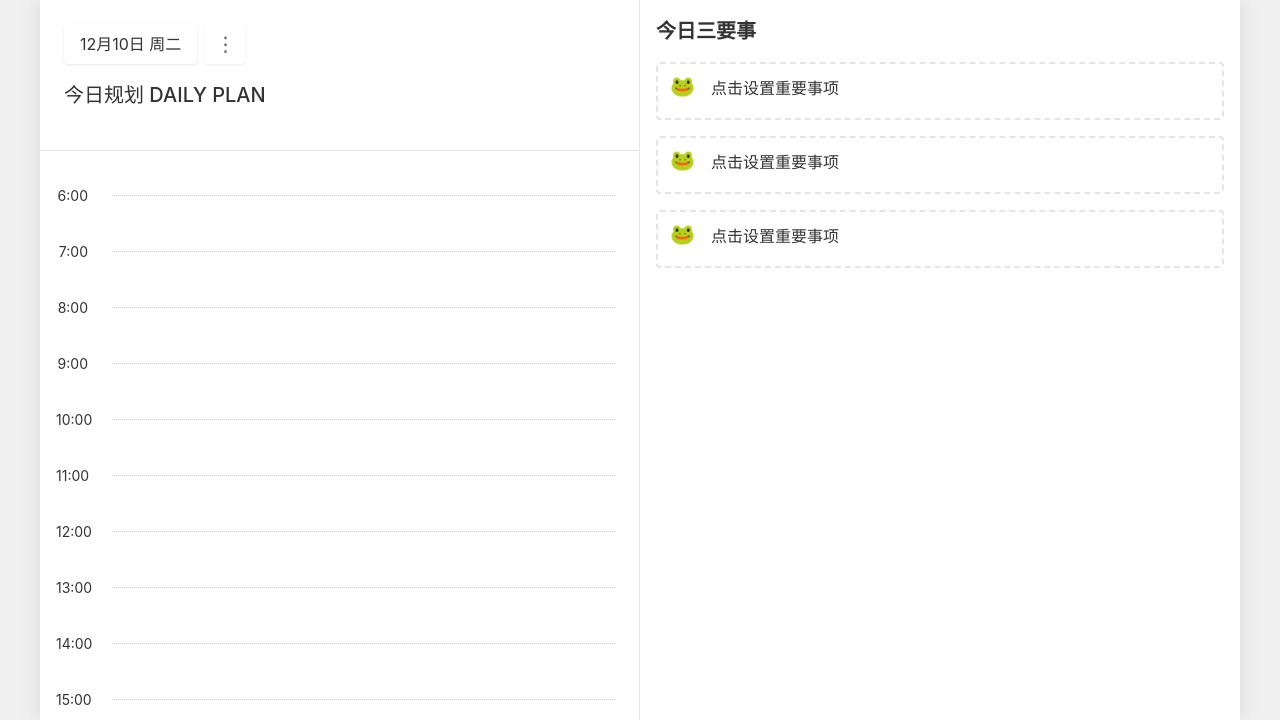
Repository: a6288a/Daily-Planner
Page: index.html
The author's editor kept a copy of each file at every save. The page is drawn from the files as they stood at one save, then again after the next save.
The browser window is 1280 px wide. The pictures show the whole page.
An inner scrolling area shows only its first screen.

Above is the page before, as saved 2024-12-10 18:31:56.

### index.html
<!DOCTYPE html>
<html lang="zh">
<head>
    <meta charset="UTF-8">
    <meta name="viewport" content="width=device-width, initial-scale=1.0">
    <title>每日规划笔记本</title>
    <link rel="stylesheet" href="styles.css">
</head>
<body>
    <div class="container">
        <!-- 左侧时间轴区域 -->
        <div class="timeline-area">
            <!-- 顶部日期区域 -->
            <div class="date-header">
                <div class="header-controls">
                    <div class="current-date" id="current-date">
                        <!-- 日期将通过 JS 动态生成 -->
                    </div>
                    <button class="menu-trigger" id="menuTrigger">⋮</button>
                    <div class="header-menu" id="headerMenu">
                        <div class="menu-item danger" id="clearAllData">
                            <span class="menu-icon">🗑️</span>
                            <span>清除所有数据</span>
                        </div>
                    </div>
                </div>
                <h1 class="page-title">今日规划 DAILY PLAN</h1>
            </div>
            <div class="timeline-container" id="timeline-container">
                <!-- 时间轴将通过 JS 动态生成 -->
            </div>
        </div>

        <!-- 右侧区域 -->
        <div class="right-area">
            <!-- 三只青蛙区域 -->
            <div class="frogs-area">
                <h2 class="frogs-title">今日三要事</h2>
                <div class="frog-tasks">
                    <div class="frog-task">
                        <span class="frog-emoji">🐸</span>
                        <div class="task-content" data-index="0">点击设置重要事项</div>
                        <button class="task-clear" title="清除">×</button>
                    </div>
                    <div class="frog-task">
                        <span class="frog-emoji">🐸</span>
                        <div class="task-content" data-index="1">点击设置重要事项</div>
                        <button class="task-clear" title="清除">×</button>
                    </div>
                    <div class="frog-task">
                        <span class="frog-emoji">🐸</span>
                        <div class="task-content" data-index="2">点击设置重要事项</div>
                        <button class="task-clear" title="清除">×</button>
                    </div>
                </div>
            </div>

            <!-- 自由记录区域 -->
            <div class="free-area" id="free-area">
                <!-- 便签将通过 JS 动态生成 -->
            </div>
        </div>
    </div>
    <script src="script.js"></script>
</body>
</html>

### script.js
// 添加日期相关变量
let currentDate = new Date();
let currentDateKey = formatDateKey(currentDate);

// 修改数据结构
let dailyData = JSON.parse(localStorage.getItem('dailyData')) || {};
if (!dailyData[currentDateKey]) {
    dailyData[currentDateKey] = {
        timelineData: {},
        freeNotes: [],
        frogTasks: [null, null, null]
    };
}

// 初始化页面
document.addEventListener('DOMContentLoaded', () => {
    initializeDate();
    initializeTimeline();
    initializeFrogTasks();
    initializeFreeArea();
    loadDailyData();
    initializeHeaderMenu();

    // 添加清除数据功能
    document.getElementById('clearAllData').addEventListener('click', clearAllData);
});

// 初始化时间轴
function initializeTimeline() {
    const container = document.getElementById('timeline-container');
    container.innerHTML = ''; // 清空现有内容

    // 生成6:00-24:00的时间槽
    for (let hour = 6; hour <= 24; hour++) {
        const timeSlot = document.createElement('div');
        timeSlot.className = 'time-slot';

        const timeLabel = document.createElement('div');
        timeLabel.className = 'time-label';
        timeLabel.textContent = `${hour}:00`;

        const timeContent = createTimeContent(hour);

        // 加载保存的数据
        if (dailyData[currentDateKey].timelineData[hour]) {
            timeContent.textContent = dailyData[currentDateKey].timelineData[hour];
        }

        // 保存输入的内容
        timeContent.addEventListener('blur', (e) => {
            const hour = e.target.dataset.hour;
            const oldContent = dailyData[currentDateKey].timelineData[hour];
            const newContent = e.target.textContent;

            // 更新时间轴数据
            dailyData[currentDateKey].timelineData[hour] = newContent;

            // 更新对应的青蛙任务
            if (oldContent) {
                dailyData[currentDateKey].frogTasks = dailyData[currentDateKey].frogTasks.map(task =>
                    task === oldContent ? newContent : task
                );
                updateFrogTasks();
            }

            saveToLocalStorage();
        });

        // 添加拖拽功能
        timeContent.draggable = true;
        timeContent.addEventListener('dragstart', handleDragStart);
        timeContent.addEventListener('dragover', handleDragOver);
        timeContent.addEventListener('drop', handleDrop);
        timeContent.addEventListener('dragend', handleDragEnd);

        // 防止冒泡
        timeContent.addEventListener('click', (e) => {
            e.stopPropagation();
        });

        timeSlot.appendChild(timeLabel);
        timeSlot.appendChild(timeContent);
        container.appendChild(timeSlot);
    }
}

// 初始化自由区域
function initializeFreeArea() {
    const freeArea = document.getElementById('free-area');

    // 点击空白处添加新便签
    freeArea.addEventListener('click', (e) => {
        if (e.target === freeArea) {
            const rect = freeArea.getBoundingClientRect();
            const x = e.clientX - rect.left;
            const y = e.clientY - rect.top;
            createNote(x, y);
        }
    });
}

// 创建新便签
function createNote(x, y, content = '') {
    const note = document.createElement('div');
    note.className = 'note';

    const header = document.createElement('div');
    header.className = 'note-header';
    header.style.cursor = 'grab';

    const deleteBtn = document.createElement('button');
    deleteBtn.className = 'delete-note';
    deleteBtn.innerHTML = '✕';
    deleteBtn.addEventListener('click', () => {
        const noteId = note.dataset.id;

        // 清除对应的青蛙任务
        dailyData[currentDateKey].frogTasks = dailyData[currentDateKey].frogTasks.map(task =>
            task && task.noteId === noteId ? null : task
        );
        updateFrogTasks();

        // 删除便签
        note.remove();
        const noteIndex = dailyData[currentDateKey].freeNotes.findIndex(n => n.id === noteId);
        if (noteIndex > -1) {
            dailyData[currentDateKey].freeNotes.splice(noteIndex, 1);
            saveToLocalStorage();
        }
    });

    const contentDiv = document.createElement('div');
    contentDiv.className = 'note-content';
    contentDiv.contentEditable = true;
    contentDiv.textContent = content;

    // 保存内容
    contentDiv.addEventListener('blur', () => {
        const noteData = {
            id: note.dataset.id,
            content: contentDiv.textContent,
            position: {
                x: parseFloat(note.style.left),
                y: parseFloat(note.style.top)
            }
        };

        // 更新便签数据
        const existingNoteIndex = dailyData[currentDateKey].freeNotes.findIndex(n => n.id === note.dataset.id);
        if (existingNoteIndex > -1) {
            dailyData[currentDateKey].freeNotes[existingNoteIndex] = noteData;
        } else {
            dailyData[currentDateKey].freeNotes.push(noteData);
        }

        // 更新对应的青蛙任务内容
        dailyData[currentDateKey].frogTasks = dailyData[currentDateKey].frogTasks.map(task => {
            if (task && task.noteId === note.dataset.id) {
                return { ...task, content: contentDiv.textContent };
            }
            return task;
        });

        updateFrogTasks();
        saveToLocalStorage();
    });

    header.appendChild(deleteBtn);
    note.appendChild(header);
    note.appendChild(contentDiv);

    // 确保初始位置在边界内
    const freeArea = document.getElementById('free-area');
    const maxX = freeArea.clientWidth - 200; // 200px 是便签的最小宽度
    const maxY = freeArea.clientHeight - 120; // 120px 是便签的最小高度

    const boundedX = Math.max(0, Math.min(x, maxX));
    const boundedY = Math.max(0, Math.min(y, maxY));

    note.style.left = `${boundedX}px`;
    note.style.top = `${boundedY}px`;
    note.dataset.id = Date.now().toString();

    document.getElementById('free-area').appendChild(note);
    makeDraggable(note);
    makeNoteDraggableToFrogs(note);

    return note;
}

// 修改便签拖拽逻辑
function makeDraggable(element) {
    const header = element.querySelector('.note-header');
    let isDragging = false;
    let startX, startY, initialLeft, initialTop;

    header.addEventListener('mousedown', (e) => {
        if (e.target.classList.contains('delete-note')) return;

        e.preventDefault();
        isDragging = true;
        header.style.cursor = 'grabbing';

        startX = e.clientX;
        startY = e.clientY;
        initialLeft = element.offsetLeft;
        initialTop = element.offsetTop;

        function onMouseMove(e) {
            if (!isDragging) return;

            e.preventDefault();
            e.stopPropagation();

            const deltaX = e.clientX - startX;
            const deltaY = e.clientY - startY;

            let newX = initialLeft + deltaX;
            let newY = initialTop + deltaY;

            // 添加边界限制
            const freeArea = document.getElementById('free-area');
            const rect = freeArea.getBoundingClientRect();
            const maxX = rect.width - element.offsetWidth;
            const maxY = rect.height - element.offsetHeight;

            newX = Math.max(0, Math.min(newX, maxX));
            newY = Math.max(0, Math.min(newY, maxY));

            element.style.left = `${newX}px`;
            element.style.top = `${newY}px`;
        }

        function onMouseUp() {
            if (!isDragging) return;

            isDragging = false;
            header.style.cursor = 'grab';

            saveNotePosition(element);

            document.removeEventListener('mousemove', onMouseMove);
            document.removeEventListener('mouseup', onMouseUp);
        }

        document.addEventListener('mousemove', onMouseMove);
        document.addEventListener('mouseup', onMouseUp);
    });

    // 防止默认的拖拽行为
    header.addEventListener('dragstart', (e) => {
        e.preventDefault();
    });

    // 防止文本选中
    header.addEventListener('selectstart', (e) => {
        e.preventDefault();
    });
}

// 处理时间轴拖拽
function handleDragStart(e) {
    e.dataTransfer.setData('text/plain', e.target.textContent);
    e.target.classList.add('dragging');
}

function handleDragOver(e) {
    e.preventDefault();
}

function handleDrop(e) {
    e.preventDefault();
    const sourceHour = e.dataTransfer.getData('text/plain');
    const targetHour = e.target.dataset.hour;

    // 交换内容
    const temp = dailyData[currentDateKey].timelineData[sourceHour];
    dailyData[currentDateKey].timelineData[sourceHour] = dailyData[currentDateKey].timelineData[targetHour];
    dailyData[currentDateKey].timelineData[targetHour] = temp;

    // 更新显示
    loadDailyData();
}

// 修改青蛙区域的拖放处理
function initializeFrogTasks() {
    const frogTasks = document.querySelectorAll('.frog-task');

    frogTasks.forEach((task, index) => {
        const content = task.querySelector('.task-content');
        const clearBtn = task.querySelector('.task-clear');

        // 点击任务区域时显示选择菜单
        task.addEventListener('click', (e) => {
            if (e.target === clearBtn) return;

            // 显示选择菜单
            showTaskMenu(task, index);
        });

        // 除按钮点击事件
        clearBtn.addEventListener('click', (e) => {
            e.stopPropagation();
            clearTask(index);
        });
    });
}

function showTaskMenu(task, taskIndex) {
    // 创建选择菜单
    const menu = document.createElement('div');
    menu.className = 'task-menu';

    // 获取所有便签和时间轴内容
    const notes = dailyData[currentDateKey].freeNotes;
    const timelineItems = dailyData[currentDateKey].timelineData;

    // 创建菜单内容
    let menuHtml = '<div class="menu-section"><h3>便签内容</h3>';
    notes.forEach(note => {
        menuHtml += `<div class="menu-item" data-id="${note.id}">${note.content}</div>`;
    });

    menuHtml += '</div><div class="menu-section"><h3>时间轴内容</h3>';
    Object.entries(timelineItems).forEach(([hour, content]) => {
        if (content) {
            menuHtml += `<div class="menu-item" data-hour="${hour}">${content}</div>`;
        }
    });
    menuHtml += '</div>';

    menu.innerHTML = menuHtml;

    // 定位菜单
    const rect = task.getBoundingClientRect();
    menu.style.position = 'fixed';
    menu.style.top = `${rect.bottom + 5}px`;
    menu.style.left = `${rect.left}px`;

    // 添加菜单项点击事件
    menu.addEventListener('click', (e) => {
        const menuItem = e.target.closest('.menu-item');
        if (!menuItem) return;

        const content = menuItem.textContent;
        setTask(taskIndex, content);
        document.body.removeChild(menu);
    });

    // 点击外部关闭菜单
    function closeMenu(e) {
        if (!menu.contains(e.target)) {
            document.body.removeChild(menu);
            document.removeEventListener('click', closeMenu);
        }
    }

    document.body.appendChild(menu);
    setTimeout(() => document.addEventListener('click', closeMenu), 0);
}

function setTask(index, content) {
    // 保存任务内容和来源信息
    dailyData[currentDateKey].frogTasks[index] = {
        content: content,
        timestamp: Date.now()
    };
    updateFrogTasks();
    saveToLocalStorage();
}

function clearTask(index) {
    dailyData[currentDateKey].frogTasks[index] = null;
    updateFrogTasks();
    saveToLocalStorage();
}

function updateFrogTasks() {
    const taskContents = document.querySelectorAll('.task-content');
    dailyData[currentDateKey].frogTasks.forEach((task, index) => {
        const taskContent = taskContents[index];
        if (task && task.content) {
            taskContent.textContent = task.content;
            taskContent.classList.add('has-content');
        } else {
            taskContent.textContent = '点击设置重要事项';
            taskContent.classList.remove('has-content');
        }
    });
    saveToLocalStorage();
}

// 格式化日期
function formatDate(date) {
    const month = date.getMonth() + 1;
    const day = date.getDate();
    const weekday = '日一二三四五六'.charAt(date.getDay());
    return `${month}月${day}日 周${weekday}`;
}

function formatDateKey(date) {
    return date.toISOString().split('T')[0];
}

// 加载当日数据
function loadDailyData() {
    // 清空现有内容
    document.getElementById('timeline-container').innerHTML = '';
    document.getElementById('free-area').innerHTML = '';

    // 加载时间轴数据
    initializeTimeline();

    // 加载便签
    dailyData[currentDateKey].freeNotes.forEach(note => {
        createNote(note.position.x, note.position.y, note.content);
    });

    // 加载青蛙任务
    const taskContents = document.querySelectorAll('.task-content');
    dailyData[currentDateKey].frogTasks.forEach((task, index) => {
        const taskContent = taskContents[index];
        if (task && task.content) {
            taskContent.textContent = task.content;
            taskContent.classList.add('has-content');
        } else {
            taskContent.textContent = '点击设置重要事项';
            taskContent.classList.remove('has-content');
        }
    });
}

// 修改保存函数
function saveToLocalStorage() {
    localStorage.setItem('dailyData', JSON.stringify(dailyData));
}

// 初始化日期显示
function initializeDate() {
    const dateElement = document.getElementById('current-date');
    updateDateDisplay();

    dateElement.addEventListener('click', () => {
        const input = document.createElement('input');
        input.type = 'date';
        input.value = formatDateKey(currentDate); // 设置当前日期为默认值
        input.style.position = 'absolute';
        input.style.opacity = '0';
        input.style.pointerEvents = 'none';
        document.body.appendChild(input);

        input.showPicker();

        input.addEventListener('change', (e) => {
            currentDate = new Date(e.target.value);
            currentDateKey = formatDateKey(currentDate);
            if (!dailyData[currentDateKey]) {
                dailyData[currentDateKey] = {
                    timelineData: {},
                    freeNotes: [],
                    frogTasks: [null, null, null]
                };
            }
            updateDateDisplay();
            loadDailyData();
            input.remove();
        });
    });
}

// 添加更新日期显示的辅助函数
function updateDateDisplay() {
    const dateElement = document.getElementById('current-date');
    const formattedDate = formatDate(currentDate);
    dateElement.textContent = formattedDate;
}

// 修改便签与青蛙区域交互
function makeNoteDraggableToFrogs(note) {
    const header = note.querySelector('.note-header');
    let longPressTimer = null;
    let isDraggingToFrog = false;

    header.addEventListener('mousedown', (e) => {
        if (e.target.classList.contains('delete-note')) return;

        longPressTimer = setTimeout(() => {
            isDraggingToFrog = true;
            note.setAttribute('draggable', true);
            header.style.cursor = 'move';

            // 添加拖拽时的视觉反馈
            note.classList.add('dragging-to-frog');
        }, 200);
    });

    header.addEventListener('mouseup', () => {
        clearTimeout(longPressTimer);
        if (isDraggingToFrog) {
            note.removeAttribute('draggable');
            header.style.cursor = 'grab';
            note.classList.remove('dragging-to-frog');
            isDraggingToFrog = false;
        }
    });

    note.addEventListener('dragstart', (e) => {
        if (!isDraggingToFrog) return;
        e.dataTransfer.setData('text/plain', note.querySelector('.note-content').textContent);
        e.dataTransfer.setData('note-id', note.dataset.id);
        note.classList.add('dragging');
    });

    note.addEventListener('dragend', () => {
        note.classList.remove('dragging');
        note.classList.remove('dragging-to-frog');
        note.removeAttribute('draggable');
        header.style.cursor = 'grab';
        isDraggingToFrog = false;
    });
}

// 添加 handleDragEnd 函数
function handleDragEnd(e) {
    e.target.classList.remove('dragging');
}

// 修改便签的删除处理
function deleteNote(note) {
    const noteId = note.dataset.id;

    // 清除对应的青蛙任务
    dailyData[currentDateKey].frogTasks = dailyData[currentDateKey].frogTasks.map(task =>
        task && task.noteId === noteId ? null : task
    );
    updateFrogTasks();

    // 删除便签
    note.remove();
    const noteIndex = dailyData[currentDateKey].freeNotes.findIndex(n => n.id === noteId);
    if (noteIndex > -1) {
        dailyData[currentDateKey].freeNotes.splice(noteIndex, 1);
        saveToLocalStorage();
    }
}

// 保存便签位置的辅助函数
function saveNotePosition(element) {
    const noteData = {
        id: element.dataset.id,
        content: element.querySelector('.note-content').textContent,
        position: {
            x: parseFloat(element.style.left),
            y: parseFloat(element.style.top)
        }
    };

    const existingNoteIndex = dailyData[currentDateKey].freeNotes.findIndex(n => n.id === element.dataset.id);
    if (existingNoteIndex > -1) {
        dailyData[currentDateKey].freeNotes[existingNoteIndex] = noteData;
        saveToLocalStorage();
    }
}

// 添加清除数据的函数
function clearAllData() {
    // 显示确认对话框
    if (confirm('确定要清除所有数据吗？此操作不可恢复。')) {
        // 清除本地存储
        localStorage.removeItem('dailyData');

        // 重置数据
        dailyData = {};
        currentDate = new Date();
        currentDateKey = formatDateKey(currentDate);
        dailyData[currentDateKey] = {
            timelineData: {},
            freeNotes: [],
            frogTasks: [null, null, null]
        };

        // 重新加载页面
        loadDailyData();

        // 显示提示
        alert('所有数据已清除');
    }
}

// 添加菜单初始化函数
function initializeHeaderMenu() {
    const menuTrigger = document.getElementById('menuTrigger');
    const headerMenu = document.getElementById('headerMenu');
    const clearAllData = document.getElementById('clearAllData');

    // 点击菜单按钮显示/隐藏菜单
    menuTrigger.addEventListener('click', (e) => {
        e.stopPropagation();
        headerMenu.classList.toggle('show');
    });

    // 点击菜单项
    clearAllData.addEventListener('click', () => {
        headerMenu.classList.remove('show');
        clearAllData();
    });

    // 点击其他地方关闭菜单
    document.addEventListener('click', (e) => {
        if (!headerMenu.contains(e.target) && !menuTrigger.contains(e.target)) {
            headerMenu.classList.remove('show');
        }
    });
}

// 修改 initializeTimeline 函数中创建时间内容的部分
function createTimeContent(hour) {
    const timeContent = document.createElement('div');
    timeContent.className = 'time-content';
    timeContent.contentEditable = true;
    timeContent.dataset.hour = hour;

    // 添加时间范围显示
    const timeRange = document.createElement('span');
    timeRange.className = 'time-range';
    timeRange.style.display = 'none'; // 默认隐藏

    // 添加展开箭头
    const expandBtn = document.createElement('span');
    expandBtn.className = 'time-expand';
    expandBtn.textContent = '▼';
    expandBtn.style.display = 'none'; // 默认隐藏

    timeContent.appendChild(timeRange);
    timeContent.appendChild(expandBtn);

    return timeContent;
}

Loaded but not shown: styles.css (767 lines, source omitted)

After the next save:
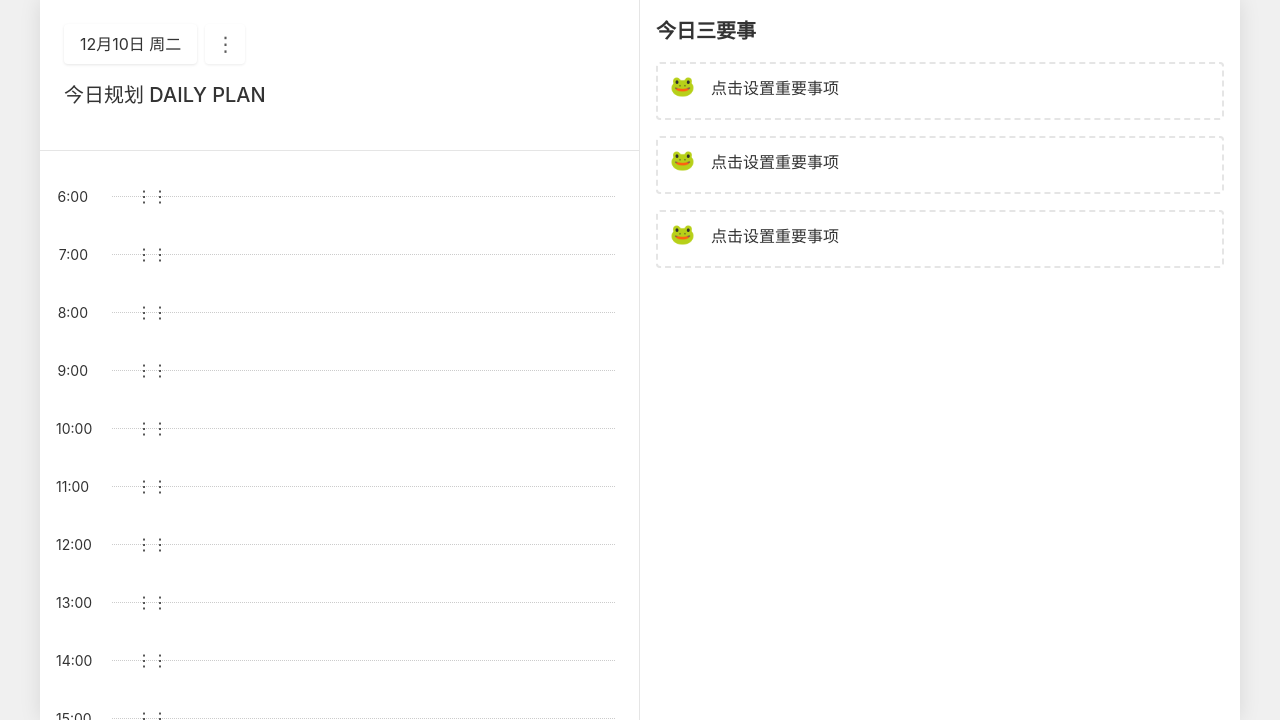
Saved 4 min 21 s later.
--- a/script.js
+++ b/script.js
@@ -468,7 +468,7 @@ function initializeDate() {
     });
 }
 
-// 添加更新日期显示的辅助函数
+// 添���更新日期显示的辅助函数
 function updateDateDisplay() {
     const dateElement = document.getElementById('current-date');
     const formattedDate = formatDate(currentDate);
@@ -617,22 +617,108 @@ function initializeHeaderMenu() {
 function createTimeContent(hour) {
     const timeContent = document.createElement('div');
     timeContent.className = 'time-content';
-    timeContent.contentEditable = true;
     timeContent.dataset.hour = hour;
+
+    // 创建内容容器
+    const contentDiv = document.createElement('div');
+    contentDiv.className = 'time-content-text';
+    contentDiv.contentEditable = true;
 
     // 添加时间范围显示
     const timeRange = document.createElement('span');
     timeRange.className = 'time-range';
-    timeRange.style.display = 'none'; // 默认隐藏
 
     // 添加展开箭头
     const expandBtn = document.createElement('span');
     expandBtn.className = 'time-expand';
     expandBtn.textContent = '▼';
-    expandBtn.style.display = 'none'; // 默认隐藏
-
+    expandBtn.title = '设置时间范围';
+
+    // 添加拖动手柄
+    const dragHandle = document.createElement('span');
+    dragHandle.className = 'time-drag-handle';
+    dragHandle.innerHTML = '⋮⋮';
+    dragHandle.title = '长按拖动';
+
+    timeContent.appendChild(dragHandle);
     timeContent.appendChild(timeRange);
+    timeContent.appendChild(contentDiv);
     timeContent.appendChild(expandBtn);
 
+    // 添加长按拖动功能
+    let longPressTimer;
+    let isDragging = false;
+
+    dragHandle.addEventListener('mousedown', (e) => {
+        longPressTimer = setTimeout(() => {
+            isDragging = true;
+            timeContent.classList.add('dragging');
+        }, 200);
+    });
+
+    dragHandle.addEventListener('mouseup', () => {
+        clearTimeout(longPressTimer);
+        if (isDragging) {
+            isDragging = false;
+            timeContent.classList.remove('dragging');
+        }
+    });
+
+    // 添加展开时间选择功能
+    expandBtn.addEventListener('click', (e) => {
+        e.stopPropagation();
+        showTimeRangePicker(timeContent, hour);
+    });
+
     return timeContent;
 }
+
+// 添加时间范围选择器
+function showTimeRangePicker(timeContent, baseHour) {
+    const picker = document.createElement('div');
+    picker.className = 'time-range-picker';
+
+    const startSelect = createTimeSelect(baseHour);
+    const endSelect = createTimeSelect(baseHour + 1);
+
+    picker.innerHTML = `
+        <div class="picker-header">设置时间范围</div>
+        <div class="picker-content">
+            <div class="time-select">
+                <label>开始时间</label>
+                ${startSelect.outerHTML}
+            </div>
+            <div class="time-select">
+                <label>结束时间</label>
+                ${endSelect.outerHTML}
+            </div>
+        </div>
+        <div class="picker-actions">
+            <button class="picker-cancel">取消</button>
+            <button class="picker-confirm">确定</button>
+        </div>
+    `;
+
+    document.body.appendChild(picker);
+
+    // 定位选择器
+    const rect = timeContent.getBoundingClientRect();
+    picker.style.position = 'absolute';
+    picker.style.top = `${rect.bottom + 5}px`;
+    picker.style.left = `${rect.left}px`;
+
+    // 添加事件处理
+    const confirmBtn = picker.querySelector('.picker-confirm');
+    const cancelBtn = picker.querySelector('.picker-cancel');
+
+    confirmBtn.addEventListener('click', () => {
+        const startTime = picker.querySelector('.start-time').value;
+        const endTime = picker.querySelector('.end-time').value;
+        updateTimeRange(timeContent, startTime, endTime);
+        document.body.removeChild(picker);
+    });
+
+    cancelBtn.addEventListener('click', () => {
+        document.body.removeChild(picker);
+    });
+}
